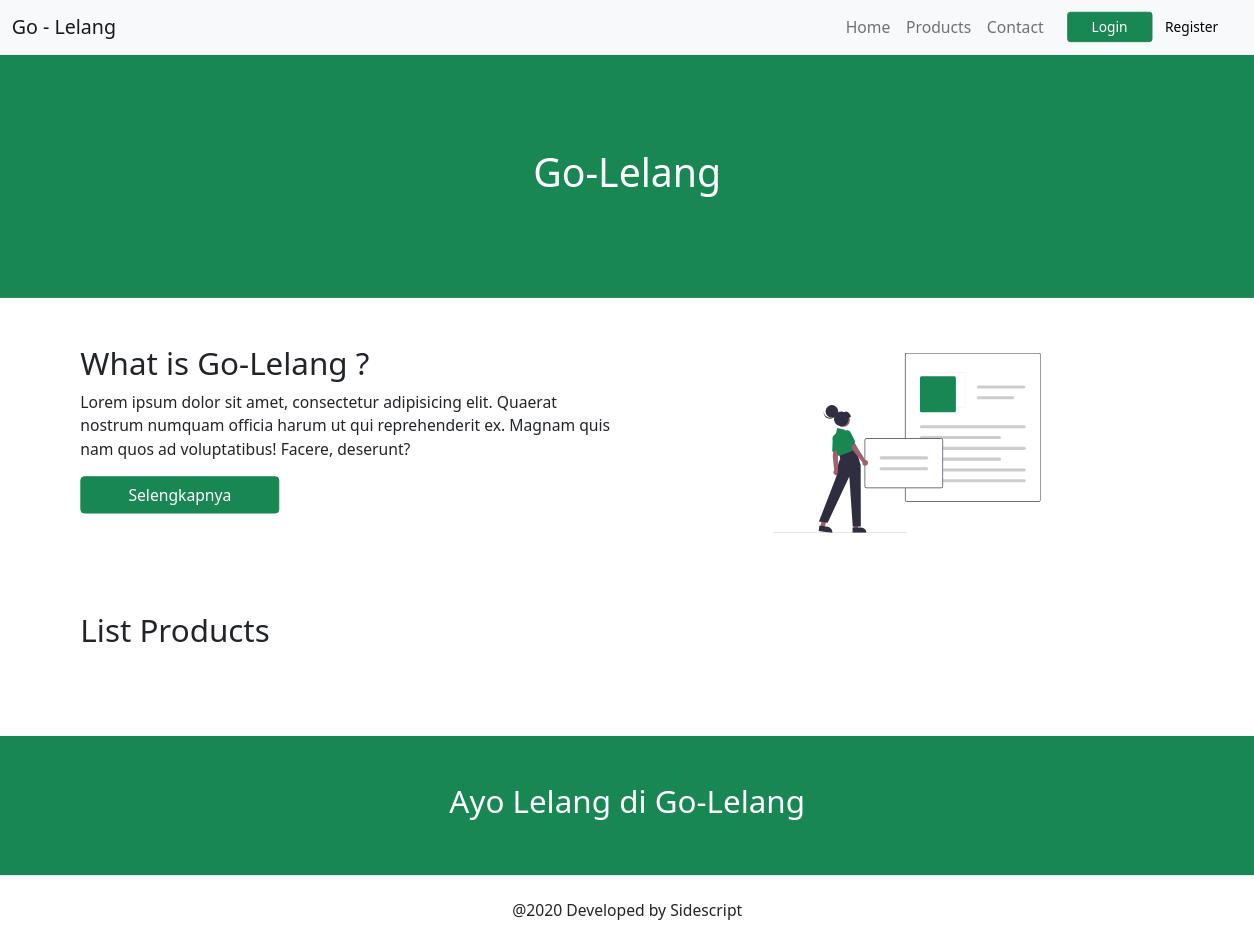
Repository: khulqu15/Go---Lelalng
Page: http://localhost/
The author's editor kept a copy of each file at every save. The page is drawn from the files as they stood at one save, then again after the next save.
The browser window is 1280 px wide. The pictures show the whole page, at 98% of full size.
The page is served by the project's Laravel application, run on PHP 8.4 with Laravel 8. Other server files are loaded and not shown. Queries for data that is not in the repository find no rows.

Above is the page before, as saved 2021-02-22 10:52:59.

### routes/web.php
<?php

use App\Http\Controllers\DashboardController;
use App\Http\Controllers\PageController;
use Illuminate\Support\Facades\Route;

/*
|--------------------------------------------------------------------------
| Web Routes
|--------------------------------------------------------------------------
|
| Here is where you can register web routes for your application. These
| routes are loaded by the RouteServiceProvider within a group which
| contains the "web" middleware group. Now create something great!
|
*/

Route::get('/', [PageController::class, 'home'])->name('home');
Route::get('products', [PageController::class, 'products'])->name('products');
Route::get('product/{id}', [PageController::class, 'product'])->name('product');
Route::get('contact', [PageController::class, 'contact'])->name('contact');
Route::get('login', [PageController::class, 'login'])->name('login');
Route::get('register', [PageController::class, 'register'])->name('register');

Route::group(['middleware' => ['userDashboard']], function() {
    Route::get('dashboard', [DashboardController::class, 'index'])->name('dashboard');
    Route::get('dashboard/product', [DashboardController::class, 'product'])->name('dashboard.product');
    Route::get('dashboard/user', [DashboardController::class, 'user'])->name('dashboard.user');
    Route::get('dashboard/auction', [DashboardController::class, 'auction'])->name('dashboard.auction');
});

### app/Http/Controllers/PageController.php
<?php

namespace App\Http\Controllers;

use App\Models\Category;
use App\Models\Product;
use Illuminate\Http\Request;

class PageController extends Controller
{
    public function home(Request $request)
    {
        $categories = Category::orderBy('id', 'DESC')->paginate(4);
        $query = Product::query();
        if($request->get('name')) {
            $products = $query->where('name', 'LIKE', '%'.$request->get('name').'%');
        }
        if($request->get('category')) {
            $products = $query->where('category_id', $request->get('category'));
        }
        $products = $query->with('Category')->orderBy('id', 'DESC')->paginate(3);
        return view('welcome', compact('products'));
    }

    public function products(Request $request)
    {
        $query = Product::query();
        if($request->get('name')) {
            $products = $query->where('name', 'LIKE', '%'.$request->get('name').'%');
        }
        if($request->get('category')) {
            $products = $query->where('category_id', $request->get('category'));
        }
        $products = $query->paginate(3);
        return view('page.products', compact('products'));
    }

    public function product($id)
    {
        $product = Product::find($id);
        return view('page.product', compact('product'));
    }

    public function contact()
    {
        return view('page.contact');
    }

    public function login()
    {
        return view('auth.login');
    }

    public function register()
    {
        return view('auth.register');
    }
}

### app/Models/Category.php
<?php

namespace App\Models;

use Illuminate\Database\Eloquent\Factories\HasFactory;
use Illuminate\Database\Eloquent\Model;

class Category extends Model
{
    use HasFactory;

    protected $table = 'categories';

    protected $fillable = ['name'];

    public function Product()
    {
        return $this->hasMany(Product::class, 'category_id');
    }
}

### app/Models/Product.php
<?php

namespace App\Models;

use Illuminate\Database\Eloquent\Factories\HasFactory;
use Illuminate\Database\Eloquent\Model;

class Product extends Model
{
    use HasFactory;

    protected $table = 'products';

    protected $fillable = ['name', 'category_id', 'price', 'close', 'picture', 'description'];

    public function Category()
    {
        return $this->belongsTo(Category::class, 'category_id');
    }
}

### resources/views/welcome.blade.php
@extends('layout.app')

@section('title', 'Home')

@section('content')
<div class="container-fluid bg-success">
    <div class="row py-5">
        <div class="col-md-12 px-0 py-5 text-center">
            <h1 class="text-white font-weight-bold">Go-Lelang</h1>
        </div>
    </div>
</div>
<div class="container py-5">
    <div class="row">
        <div class="col-md-6">
            <h2 class="font-weight-bold">What is Go-Lelang ?</h2>
            <p>Lorem ipsum dolor sit amet, consectetur adipisicing elit. Quaerat nostrum numquam officia harum ut qui reprehenderit ex. Magnam quis nam quos ad voluptatibus! Facere, deserunt?</p>
            <button class="btn btn-success rounded px-5">Selengkapnya</button>
        </div>
        <div class="col-md-6 text-center py-2">
            <img src="{{ asset('img/illust/what.svg') }}" alt="Introduction" class="w-50">
        </div>
    </div>
</div>
<div class="container">
    <div class="row">
        <div class="col-md-5 py-4">
            <h2 class="font-weight-bold">List Products</h2>
        </div>
        @foreach ($products as $product)
        <div class="col-lg-4 col-md-6">
            <div class="card w-100 position-relative">
                <div class="badge bg-success mb-2 position-absolute" style="right: 10px; top: 10px">{{ $product->category->name }}</div>
                <div class="image">
                    <img src="{{ asset('img/product/'.$product->picture) }}" class="image-fit-card" alt="{{ $product->name }}">
                </div>
                <div class="card-body">
                    <h5 class="card-title mb-0">{{ $product->name }}</h5>
                    <p class="text-sm textm-gray mb-2">Tutup pada : {{ \Carbon\Carbon::create($product->close)->isoFormat('dddd, D MMM Y') }}</p>
                    <div class="row">
                        <div class="col-md-6">
                            <h5 class="text-success mt-1">Rp. {{ number_format($product->price) }},-</h5>
                        </div>
                        <div class="col-md-6">
                            <div class="text-right">
                                <button href="#" class="btn btn-success d-inline-block px-3">More detail</button>
                            </div>
                        </div>
                    </div>
                </div>
            </div>
        </div>
        @endforeach
        <div class="mt-4 mb-2 text-right">
            <div class="d-inline-block">
                {{ $products->links() }}
            </div>
        </div>
    </div>
</div>
<div class="container-fluid bg-success py-5">
    <div class="row">
        <div class="col-md-12 text-white text-center">
            <h2 class="font-weight-bold">Ayo Lelang di Go-Lelang</h2>
        </div>
    </div>
</div>
@endsection

### resources/views/layout/app.blade.php
<!DOCTYPE html>
<html lang="en">
<head>
    <meta charset="UTF-8">
    <meta name="viewport" content="width=device-width, initial-scale=1.0">
    <meta http-equiv="X-UA-Compatible" content="ie=edge">
    <title>GO - Lelang | @yield('title')</title>

    <script src="{{ mix('css/app.css') }}"></script>
    <link rel="stylesheet" href="{{ asset('css/bootstrap.min.css') }}">
    <link rel="stylesheet" href="{{ asset('css/all.min.css') }}">
    <link rel="stylesheet" href="{{ asset('css/fontawesome.min.css') }}">
    <link rel="stylesheet" href="{{ asset('css/style.css') }}">

    <script src="{{ mix('js/app.js') }}"></script>
    <script src="{{ asset('js/jquery-3.5.1.min.js') }}"></script>
    <script src="{{ asset('js/bootstrap.min.js') }}"></script>
    <script src="{{ asset('js/all.min.js') }}"></script>
    <script src="{{ asset('js/fontawesome.min.js') }}"></script>

</head>
<body>

    <nav class="navbar navbar-expand-lg navbar-light bg-light">
        <div class="container-fluid">
            <a class="navbar-brand" href="{{ route('home') }}">Go - Lelang</a>
            <button class="navbar-toggler" type="button" data-bs-toggle="collapse" data-bs-target="#navbarSupportedContent" aria-controls="navbarSupportedContent" aria-expanded="false" aria-label="Toggle navigation">
                <span class="navbar-toggler-icon"></span>
            </button>
            <div class="collapse navbar-collapse" id="navbarSupportedContent">
                <ul class="navbar-nav ms-auto mb-2 mb-lg-0">
                    <li class="nav-item">
                        <a class="nav-link {{ Request::is('home') ? 'active' : '' }}" aria-current="page" href="{{ route('home') }}">Home</a>
                    </li>
                    <li class="nav-item">
                        <a class="nav-link {{ Request::is('products') ? 'active' : '' }}"" href="{{ route('products') }}">Products</a>
                    </li>
                    <li class="nav-item">
                        <a class="nav-link {{ Request::is('contact') ? 'active' : '' }}"" href="{{ route('contact') }}">Contact</a>
                    </li>
                    <li class="nav-item pt-1 px-3">
                        <button class="btn btn-success btn-sm px-4" onclick="window.location = '{{ route('login') }}'">Login</button>
                        <button class="btn btn-light btn-sm px-2" onclick="window.location = '{{ route('register') }}'">Register</button>
                    </li>
                </ul>
            </div>
        </div>
    </nav>

    @yield('content')

    <footer class="container-fluid py-4">
        <div class="row">
            <div class="col-md-12 text-center">
                <p class="mb-0">@2020 Developed by Sidescript</p>
            </div>
        </div>
    </footer>
</body>
</html>

### public/css/style.css
body {
    overflow-x: hidden !important;
}
.viga {
    font-family: 'Viga', sans-serif;
}
.bgm-primary {
    background-color: #E62A2A !important;
}
.bgm-primary-light {
    background-color: #FFCECE !important;
}
.btnm-primary {
    border: none;
    border-radius: 0px !important;
    transition: all .3s ease-in-out;
    background-color: #E62A2A !important;
    padding: 1rem 2rem;
    color: white;
}
.shadow-smooth {
    box-shadow: 10px 20px 49px -8px rgba(0, 0, 0, 0.08) !important;
}
.page-item.active .page-link {
    background-color: #198754 !important;
    border-color: #198754 !important;
    color: white !important;
}
.page-link {
    color: #198754 !important;
}
.text-right {
    text-align: right !important;
}
.text-left {
    text-align: left !important;
}
.text-sm {
    font-size: .8rem;
}
.text-center {
    text-align: center !important;
}
.cursor-point {
    cursor: pointer;
}
.btnm-primary:hover {
    color: white !important;
    background-color: #c01c1c !important;
}
.btnm-light {
    border: none;
    border-radius: 0px !important;
    transition: all .3s ease-in-out;
    background-color: #f2f2f2 !important;
    padding: 1rem 2rem;
    color: #292929;
}
.btnm-light:hover {
    color: #292929 !important;
    background-color: #c2c2c2 !important;
}
.textm-primary {
    color: #E62A2A !important;
}
.textm-gray {
    color: gray !important;
}

.input-search-home {
    width: 80%;
    position: absolute;
    left: 10%;
    height: 60px;
    box-shadow: 0px 20px 40px -6px rgba(0, 0, 0, 0.12);
    top: -50px;
    background-color: white;
}
.input-search-home input {
    height: 60px;
}
.input-search-home button,
.input-search-home a {
    position: relative;
    top: -10px;
}
.maxm-height {
    min-height: 70vh;
    max-height: 70vh !important;
    overflow-y: auto !important;
    overflow-x: hidden !important;
}


.card-product {
    width: 100%;
    transition: all .3s ease-in-out;
    height: 370px;
    background-color: white;
}
.card-product:hover {
    box-shadow: 12px 24px 48px rgba(0, 0, 0, 0.09);
}
.card-product .image {
    width: 100%;
    height: 170px;
    background-color: #f36c6c;
    overflow: hidden;
}
.card-product .image img {
    transition: all .3s ease-in-out;
}
.card-product .image:hover img {
    transform: scale(1.1);
    opacity: .6;
}
.card-product .like {
    width: 50px;
    height: 50px;
    border-radius: 50px;
    background-color: #fccece;
    color: #E62A2A;
    position: absolute;
    line-height: 53px;
    text-align: center;
    z-index: 10;
    top: 140px;
    right: 20px;
    transition: all .3s ease-in-out;
}
.card-product .like:hover {
    cursor: pointer;
    background-color: #c01c1c;
    color: #FFCECE;
}
.card-product .liked {
    width: 50px;
    height: 50px;
    border-radius: 50px;
    background-color: #E62A2A;
    color: #fccece;
    position: absolute;
    line-height: 53px;
    text-align: center;
    z-index: 10;
    top: 140px;
    right: 20px;
    transition: all .3s ease-in-out;
}
.card-product .like:hover {
    cursor: pointer;
    color: #c01c1c;
    background-color: #FFCECE;
}
.image-fit-card {
    width: 100%;
    height: 100%;
    object-fit: cover !important;
}
.card-product .line-category {
    display: inline-block;
    width: 20px;
    height: 3px;
    background-color: gray;
}

.bg-hammer-bottom {
    background: url('../img/wallpaper/hammer.png');
    background-attachment: fixed;
    background-position: center;
    background-size: cover;
}

.input-email-footer {
    position: relative;
    width: 100%;
    height: 70px;
    box-shadow: 0px 19px 38px rgba(0, 0, 0, 0.12);
    background-color: white;
}
.input-email-footer input {
    height: 70px;
    width: 100%;
}
.input-email-footer button {
    position: relative;
    top: -8px
}

.menu-footer {
    color: rgba(255, 255, 255, .5);
}
.menu-footer.active,
.menu-footer:hover {
    color: rgba(255, 255, 255, 1);
    cursor: pointer;
    transition: all .4s ease-in-out;
}
.menu-footer .icon {
    position: absolute;
    right: -50px;
    opacity: 0;
    transition: all .2s ease-in-out;
    visibility: hidden;
}
.menu-footer.active .icon,
.menu-footer:hover .icon {
    position: relative;
    opacity: 1;
    right: 0;
    visibility: visible;
}
.menu-footer .menu-title {
    transition: all .2s ease-in-out;
    position: relative;
    font-size: 3rem;
    right: -10px;
}
.menu-footer.active .menu-title,
.menu-footer:hover .menu-title {
    position: relative;
    right: 0px;
}

.icons-footer svg {
    transition: all .2s ease-in-out;
    color: #c2c2c2;
    margin: 0px .8rem;
    font-size: 1.4rem;
}

.icons-footer svg:hover {
    cursor: pointer;
    color: #767676;
}

.navbar {
    transition: all .3s ease-in-out;
    z-index: 100;
}
.burger {
    position: relative;
    top: -5px;
    margin: 10px 0px 0px 0px;
}
.burger div {
    width: 30px;
    height: 2px;
    margin: 7px 0px;
    position: relative;
    background-color: #767676;
    transition: all .3s ease-in-out;
}
.burger.times div:nth-child(1) {
    transform: rotate(45deg);
    top: 5px;
}
.burger.times div:nth-child(2) {
    transform: rotate(-45deg);
    top: -5px;
}

.navbar-fixed {
    position: fixed;
    width: 100%;
    z-index: 50;
    overflow-x: hidden !important;
    overflow-y: auto !important;
    height: 100%;
    top: 0;
    opacity: 1;
    transform: skew(0deg);
    background-color: white;
    visibility: visible;
    right: 0;
    transition: all .5s ease-in;
}
.avatar-sm {
    width: 40px;
    height: 40px;
    border-radius: 40px;
    overflow: hidden;
    display: inline-block;
}
.avatar-md {
    width: 50px;
    height: 50px;
    border-radius: 50px;
    overflow: hidden;
    display: inline-block;
}
.avatar-sm-navbar {
    width: 40px;
    height: 40px;
    border-radius: 40px;
    display: inline-block;
    right: 120px;
    position: absolute;
    z-index: 10;
    overflow: hidden;
    transition: all .3s ease-in-out;
    top: 24px;
    box-sizing: content-box;
}
.avatar-sm-navbar:hover {
    cursor: pointer;
    border: 4px solid gainsboro;
    top: 20px;
    right: 112px;
}
.navbar-fixed.hide {
    transform: skew(10deg) !important;
    opacity: 0 !important;
    right: -100% !important;
    visibility: hidden !important;
}
.menu-navbar {
    color: rgba(44, 44, 44, 0.5);
}
.menu-navbar.active,
.menu-navbar:hover {
    color: rgba(44, 44, 44, 1) !important;
    cursor: pointer;
    transition: all .4s ease-in-out;
}
.menu-navbar .icon {
    position: absolute;
    right: -50px;
    opacity: 0;
    transition: all .2s ease-in-out;
    visibility: hidden;
}
.menu-navbar.active .icon,
.menu-navbar:hover .icon {
    position: relative;
    opacity: 1;
    right: 0;
    visibility: visible;
}
.menu-navbar .menu-title {
    transition: all .2s ease-in-out;
    position: relative;
    font-size: 3rem;
    right: -10px;
}
.menu-navbar.active .menu-title,
.menu-navbar:hover .menu-title {
    position: relative !important;
    right: 0px !important;
}
a {
    text-decoration: none !important;
}
.full-page,
.bg-product {
    width: 100%;
    min-height: 100vh;
    overflow: hidden;
    position: relative;
    background-color: #292929;
}
.full-page {
    background-color: #f36c6c !important;
}
.bg-product img {
    opacity: .8;
}

.avatar-profile {
    width: 80px;
    margin: 0px auto;
    height: 80px;
    display: inline-block;
    border-radius: 80px;
    overflow: hidden !important;
    background-color: #E62A2A;
}
.ellipsis-menu-right {
    top: 0;
    right: 0;
    margin: .7rem;
    font-size: 1.2rem;
}

.card-profile-navbar {
    background-color: white;
    width: 300px;
    position: relative;
    z-index: 100;
}
.card-auction {
    box-shadow: 0px 5px 15px rgba(0, 0, 0, 0.12);
    transition: all .3s ease-in-out;
}
.card-auction:hover {
    box-shadow: 0px 10px 30px rgba(0, 0, 0, 0.1);
}
.alert-respond {
    width: 50%;
    top: 20%;
    z-index: 100;
    left: 25%;
}
@media only screen and (max-width: 760px) {
    .alert-respond {
        z-index: 100;
        top: 20%;
        width: 80%;
        left: 10%;
    }
}

.btn-fab {
    position: fixed;
    right: 25px;
    bottom: 25px;
    z-index: 100;
}

.menu-ellipsis {
    width: 260px;
    overflow: hidden;
    right: 0;
    background-color: white;
    transition: all .3s ease-in-out;
    box-shadow: 0px 10px 20px rgba(0, 0, 0, 0.08);
}
.menu-ellipsis.hide {
    opacity: 0 !important;
    visibility: hidden !important;
    right: -20px !important;
}
.menu-ellipsis .item {
    padding: .7rem 1.4rem;
    transition: all .3s ease-in-out;
    text-align: right !important;
    cursor: pointer;
}
.menu-ellipsis .item:hover {
    background-color: gainsboro;
}

Loaded but not shown: app/Providers/AppServiceProvider.php (common file); app/Http/Controllers/Controller.php (common file); public/mix-manifest.json (common file); public/css/bootstrap.min.css (library); public/css/all.min.css (library); public/css/fontawesome.min.css (library); public/js/app.js (library); public/js/jquery-3.5.1.min.js (library); public/js/bootstrap.min.js (library); public/js/fontawesome.min.js (library); public/img/illust/what.svg (1 lines, source omitted); public/css/app.css (empty)

After the next save:
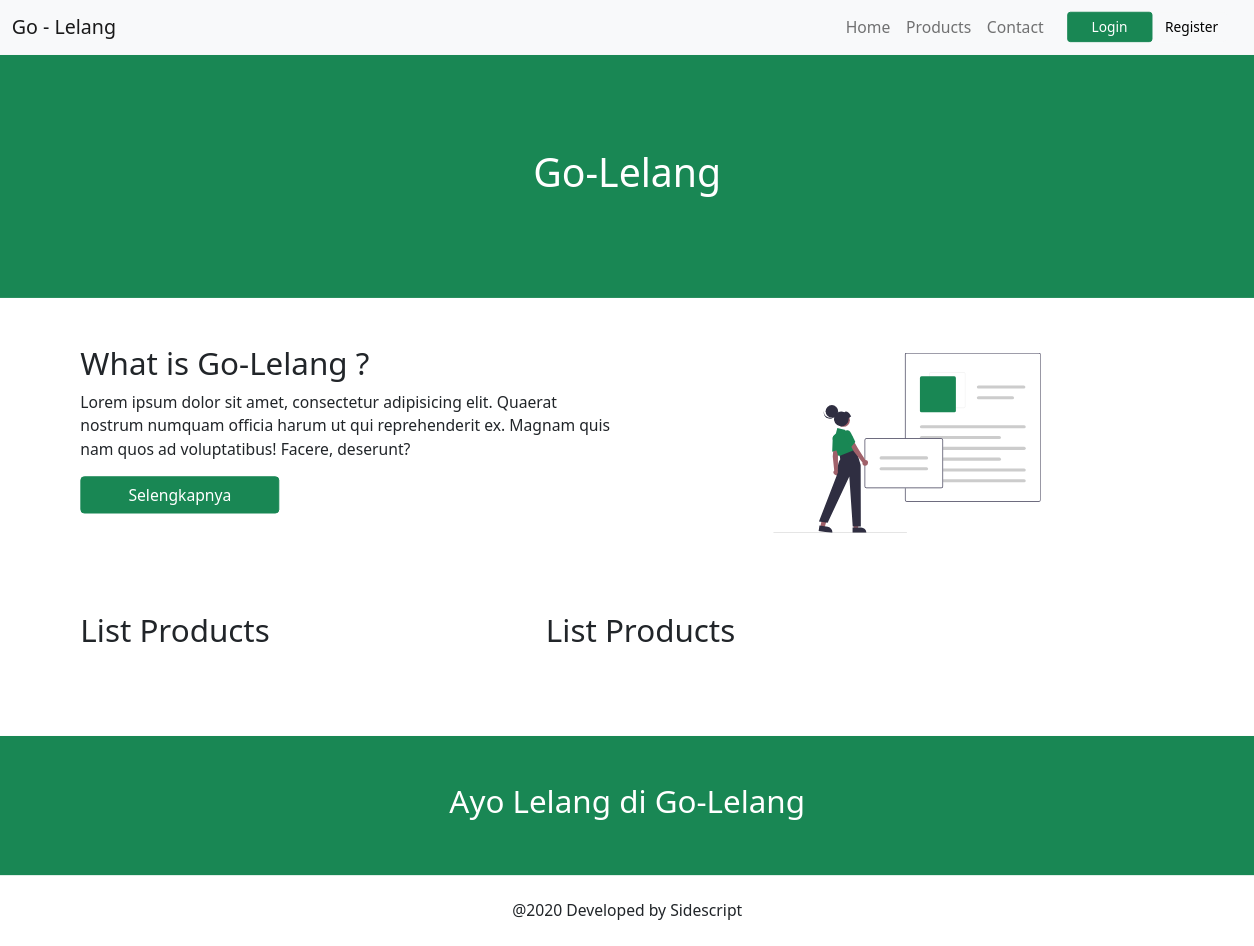
Saved 5 s later.
--- a/resources/views/welcome.blade.php
+++ b/resources/views/welcome.blade.php
@@ -25,6 +25,9 @@
 <div class="container">
     <div class="row">
         <div class="col-md-5 py-4">
+            <h2 class="font-weight-bold">List Products</h2>
+        </div>
+        <div class="col-md-7 py-4">
             <h2 class="font-weight-bold">List Products</h2>
         </div>
         @foreach ($products as $product)
